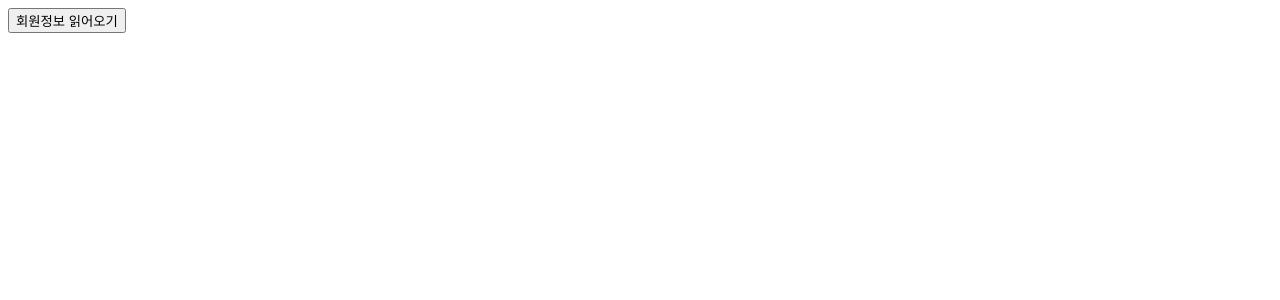
Repository: yuchulPark/day0320
Page: http://localhost/goodsTest2/ex1.jsp
An editor plug-in stored every save of this project. The page is shown before and after the next save, followed by the edit.
The browser window is 1280 px wide. The pictures show the whole page.
The page is served by Tomcat 9.

Above is the page before, as saved 2020-03-16 15:17:33.

After the next save:
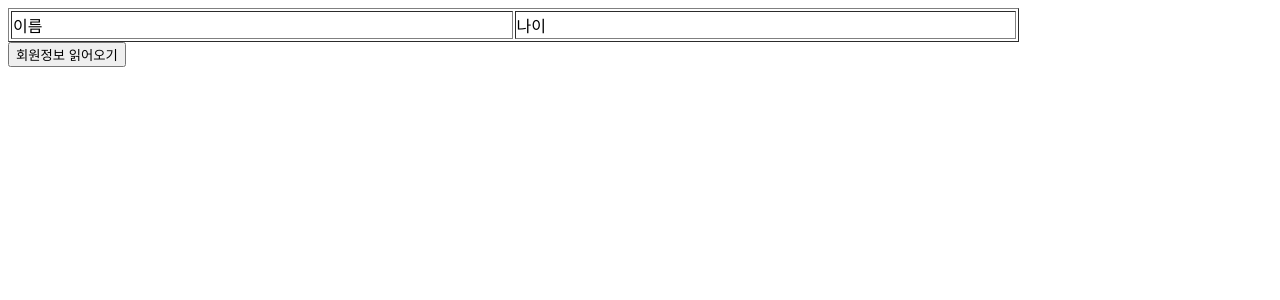
Saved 24 min 41 s later.
--- a/goodsTest2/WebContent/ex1.jsp
+++ b/goodsTest2/WebContent/ex1.jsp
@@ -8,10 +8,14 @@
 		$(function(){
 			$("#btn").click(function(){
 				$.ajax("member.jsp", {success:function(data){
-					var member = eval("("+data+")"); // 객체로 만드는 과정
-					var h2 = $("<h2></h2>").html(member.name)
-					var p = $("<p></p>").html(member.age)
-					$("#result").append(h2, p)
+					var arr = eval("("+data+")");
+					$.each(arr, function(idx, m){
+						var td1 = $("<td></td>").html(m.name)
+						var td2 = $("<td></td>").html(m.age)
+						var tr = $("<tr></tr>")
+						$(tr).append(td1, td2)
+						$("#tb").append(tr)
+					})
 				}})
 			})
 		})
@@ -20,7 +24,12 @@
 <title>Insert title here</title>
 </head>
 <body>
-	<div id="result"></div>
+	<table id="tb" width="80%" border="1">
+		<tr>
+			<td>이름</td>
+			<td>나이</td>
+		</tr>
+	</table>
 	<button id="btn">회원정보 읽어오기</button>
 </body>
 </html>
